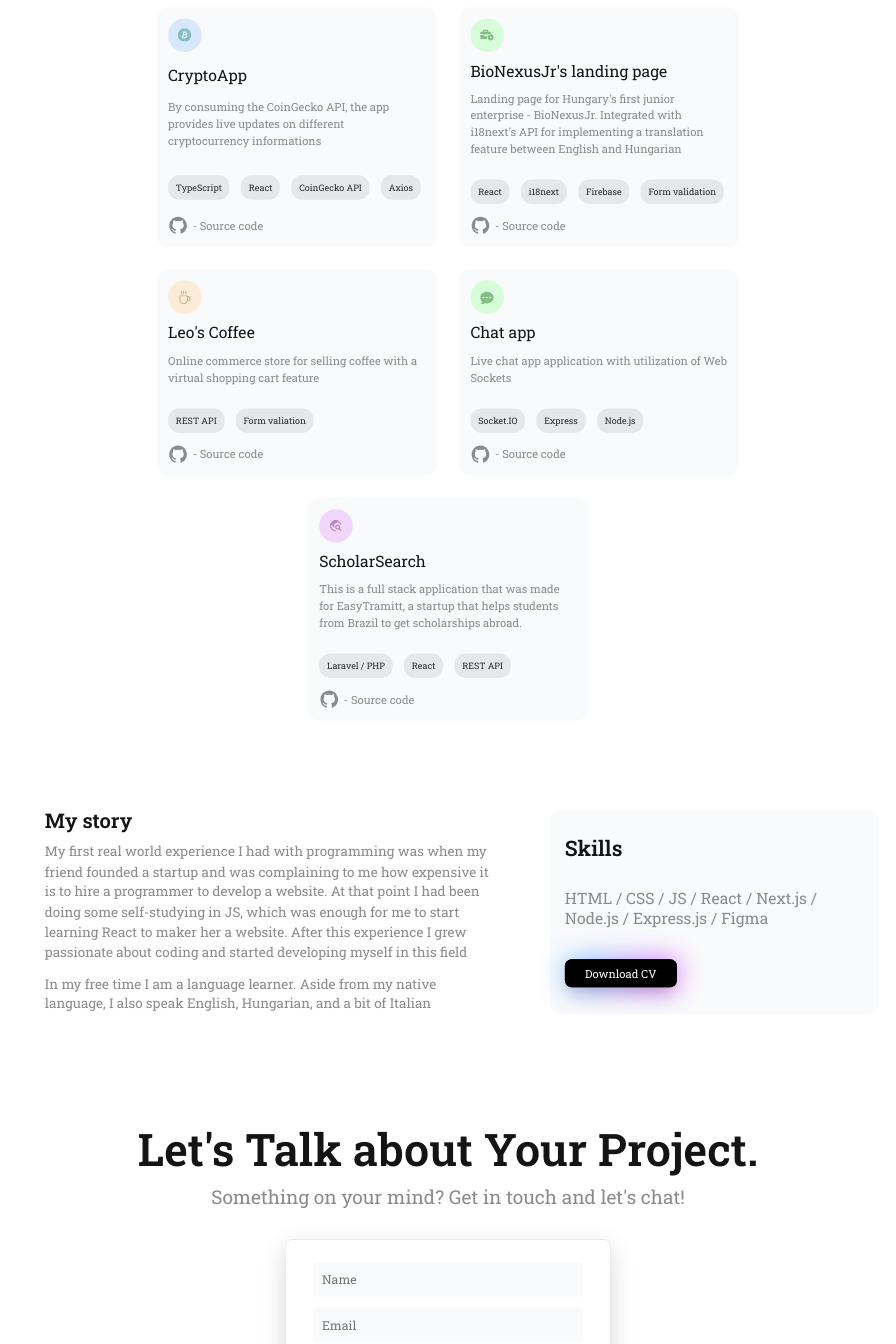
Repository: Leoka2000/portfolio-final
Page: /
The author's editor kept a copy of each file at every save. The page is drawn from the files as they stood at one save, then again after the next save.
The browser window is 1280 px wide. The pictures show the part of the page from y = 769 to 2689 px (the page is 2996 px tall before and 2993 px after), at 70% of full size.
The page's requests for data from a server got no answer. Some web fonts or font styles are not loaded; a fallback is used. The project was rebuilt for these pictures with package versions that can differ from the ones it lists, and the page was loaded fresh each time. No one was signed in, and anything a server would have sent is missing. Also part of the build but not shown: src/App.css. Imported but missing from the stored project, and not drawn on this page: src/assets/LeoCV.pdf, src/assets/ScholarSearch.mp4.

Above is the page before, as saved 2023-05-11 19:19:00.

After the next save:
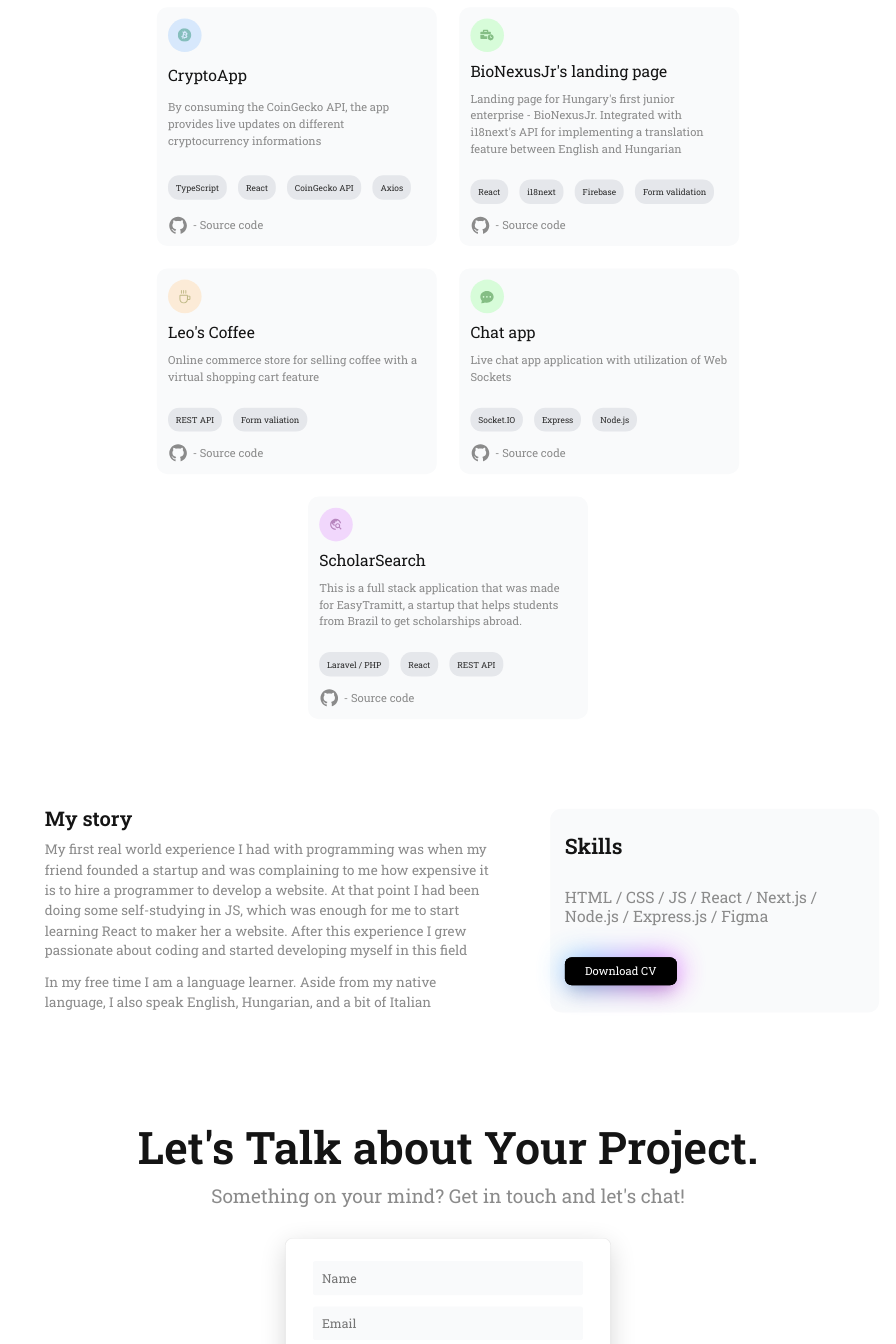
Saved 7 s later.
--- a/src/pages/main/work/work.css
+++ b/src/pages/main/work/work.css
@@ -64,7 +64,7 @@ transition: 0.5s;
     width: auto;
     display: block;
     font-weight: 100;
-    font-size: 0.8rem;
+    font-size: 0.75rem;
     background-color: var(--background-dark);
     color :rgb(43, 43, 43)
 }
